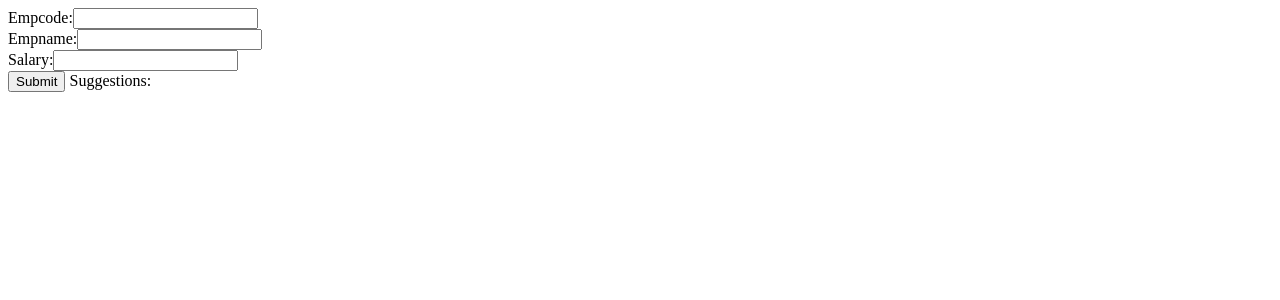
Repository: suma94/MyProjects
Page: http://localhost/ServletDemo/CreateEmployee.jsp
These files come from the project's save history. The page is drawn as it stood at one moment and after the next save; the edit follows.
The browser window is 1280 px wide. The pictures show the whole page.
The page is served by Tomcat 9.

Above is the page before, as saved 2015-08-17 08:35:31.

After the next save:
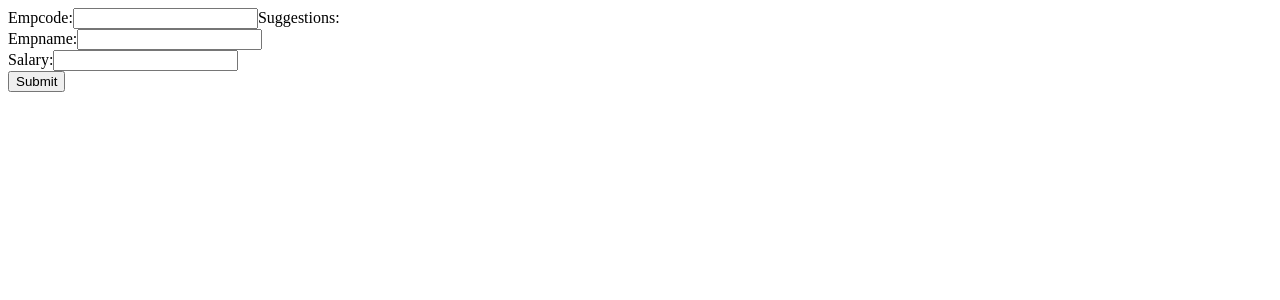
Saved 25 s later.
--- a/ServletDemo/WebContent/CreateEmployee.jsp
+++ b/ServletDemo/WebContent/CreateEmployee.jsp
@@ -37,11 +37,11 @@ function showHint(str)
 }
 </script>
 	<form action="">
-	Empcode:<input type="text" id="code" name="empcode" onkeyup="showHint(this.value)"><br>
+	Empcode:<input type="text" id="code" name="empcode" onblur="showHint(this.value)">Suggestions:<span id="t"></span><br>
 	Empname:<input type="text" name="empname"><br>
 	Salary:<input type="text" name="salary"><br>
 	<input type="submit">
-	Suggestions:<span id="t"></span>
+
 	</form>
 </body>
 </html>
